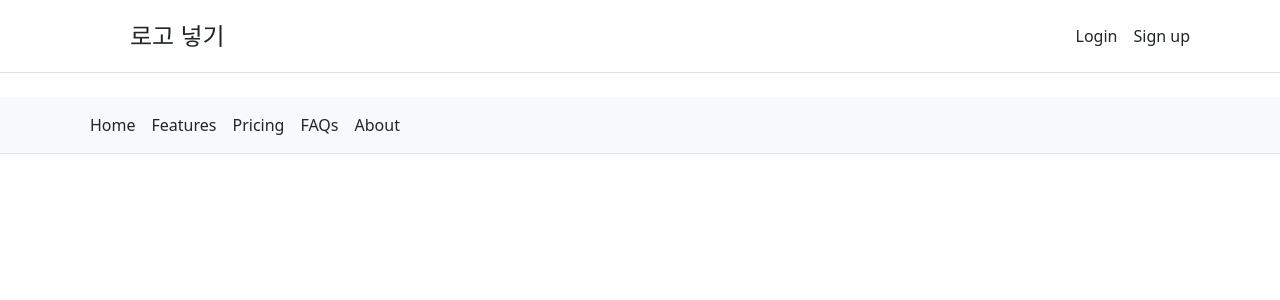
Repository: raoniee/Elice-House-Project
Page: FE/src/components/header/header.html
These files come from the project's save history. The page is drawn as it stood at one moment and after the next save; the edit follows.
The browser window is 1280 px wide. The pictures show the whole page.

Above is the page before, as saved 2023-07-04 16:05:31.

After the next save:
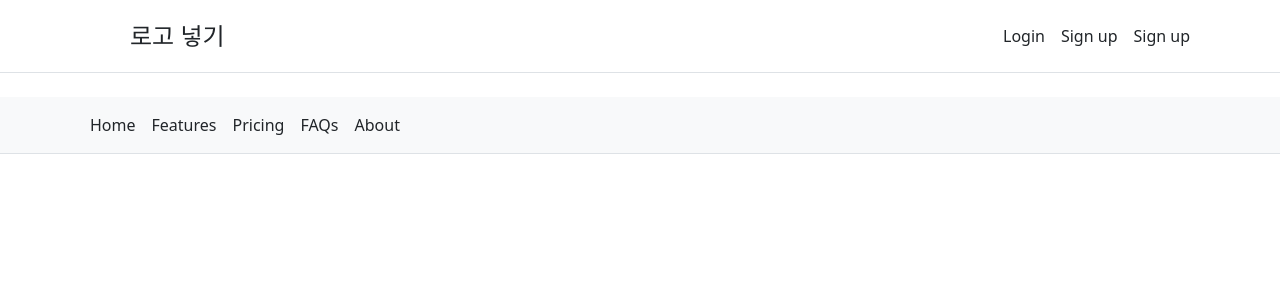
Saved 16 s later.
--- a/FE/src/components/header/header.html
+++ b/FE/src/components/header/header.html
@@ -28,6 +28,9 @@
         <ul class="nav">
           <li class="nav-item">
             <a href="#" class="nav-link link-dark px-2">Login</a>
+          </li>
+          <li class="nav-item">
+            <a href="#" class="nav-link link-dark px-2">Sign up</a>
           </li>
           <li class="nav-item">
             <a href="#" class="nav-link link-dark px-2">Sign up</a>
